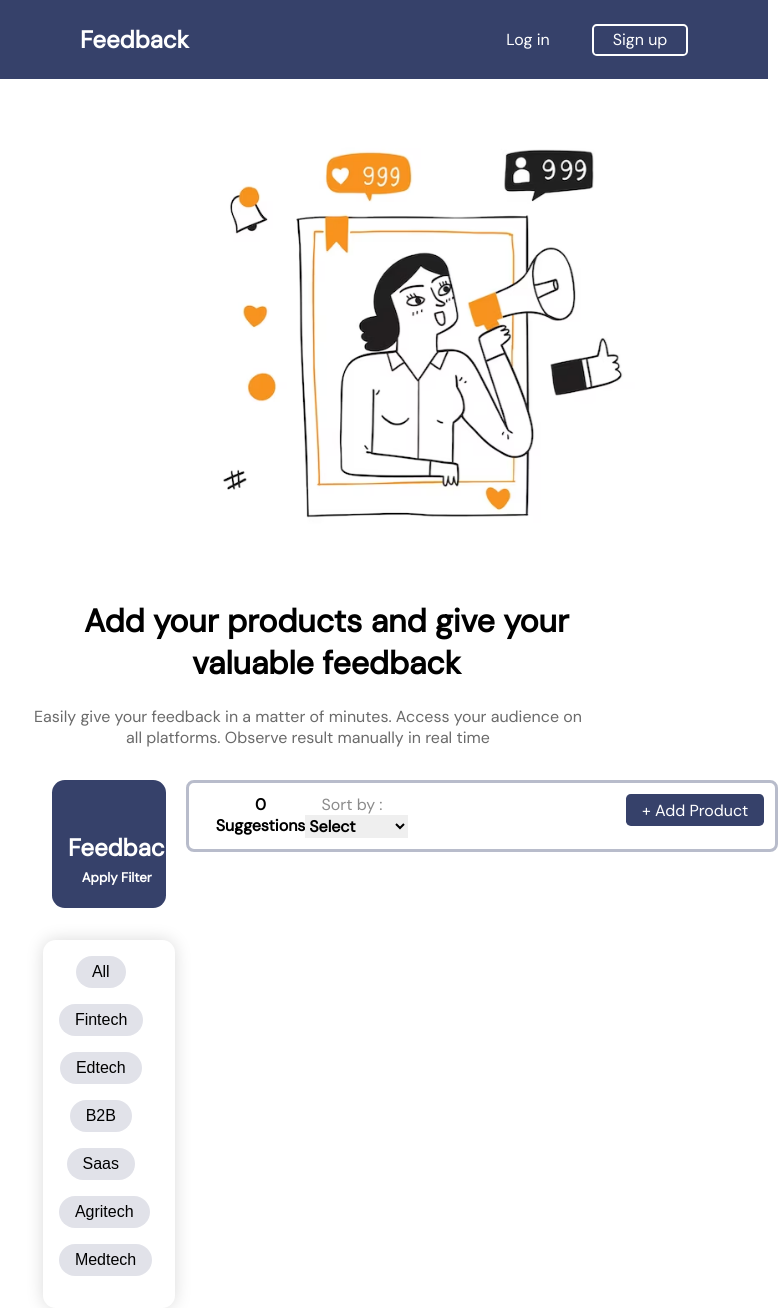
Repository: drumsmanku/final-evaluation-test
Page: / (app in client/)
The author's editor kept a copy of each file at every save. The page is drawn from the files as they stood at one save, then again after the next save.
The browser window is 768 px wide. The page is 778 px wide, so the pictures cover 778 px, including what lies to the right of the window. The pictures show the whole page.
The page's requests for data from a server got no answer. The project was rebuilt for these pictures with package versions that can differ from the ones it lists, and the page was loaded fresh each time. No one was signed in, and anything a server would have sent is missing. Also part of the build but not shown: client/src/CSS/LoginPopUp.css, client/src/Components/LoginPopUp.js, client/src/CSS/SignupPopUp.css, client/src/Components/SignupPopUp.js, client/src/CSS/AddProductPopUp.css, client/src/Components/AddProductPopUp.js, client/src/Components/CommentsSection.js, client/src/CSS/SignUp.css and 3 more.

Above is the page before, as saved 2023-07-31 23:41:26.

After the next save:
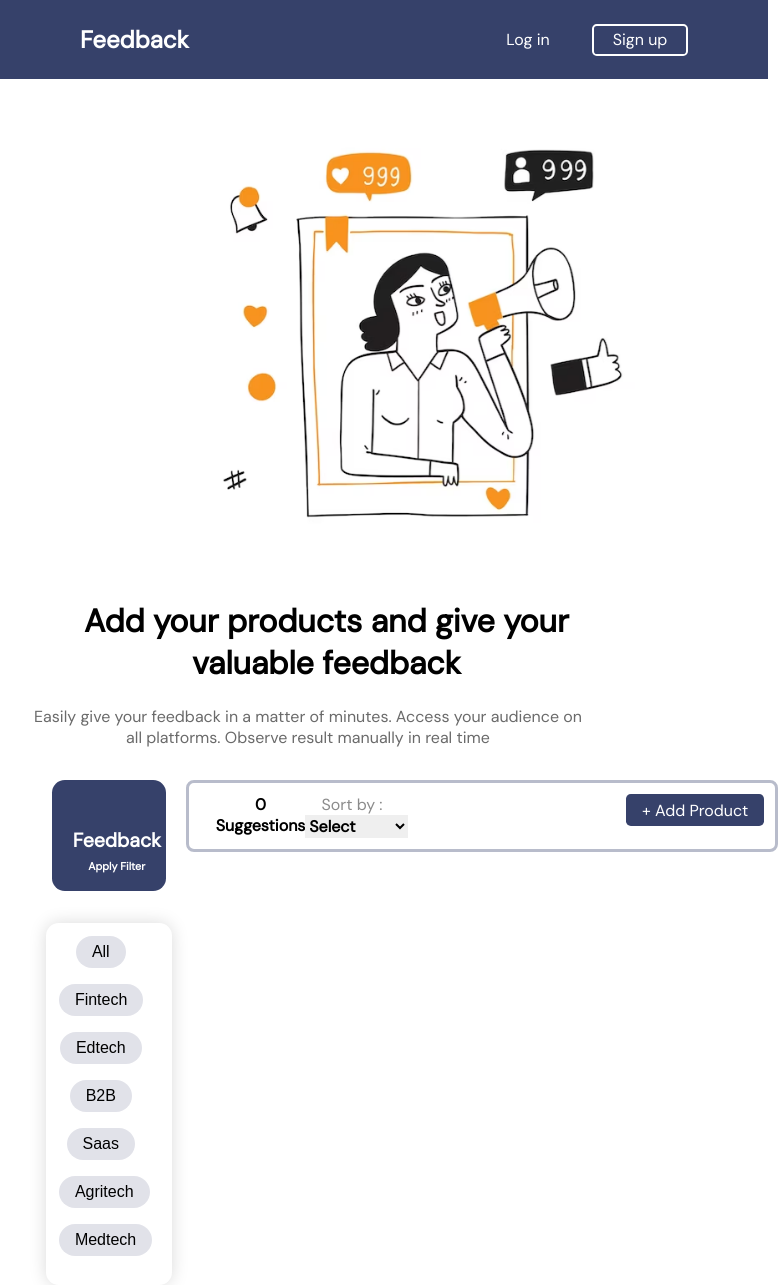
Saved 6 min 48 s later.
--- a/client/src/CSS/MainPage.css
+++ b/client/src/CSS/MainPage.css
@@ -158,6 +158,9 @@ body{
   .both-texts{
     margin-bottom: 2rem;
   }
+  .bottom-left{
+    font-size: small;
+  }
 }
 @media (max-width: 480px) {
   .main-container {
